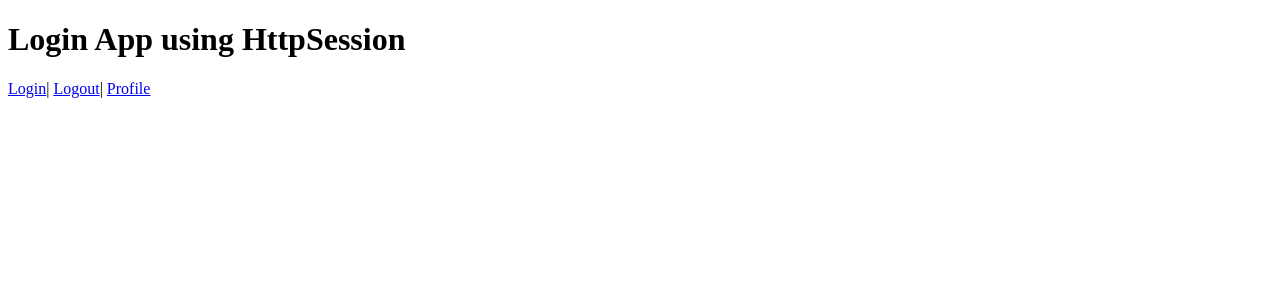
Repository: Ajaykumardewangan/Servlet-Demo
Page: ServletHttpSessionLoginDemo/WebContent/index.html
The author's editor kept a copy of each file at every save. The page is drawn from the files as they stood at one save, then again after a run of saves.
The browser window is 1280 px wide. The pictures show the whole page.

Above is the page before, as saved 2019-05-02 18:25:08.

After the next 2 saves:
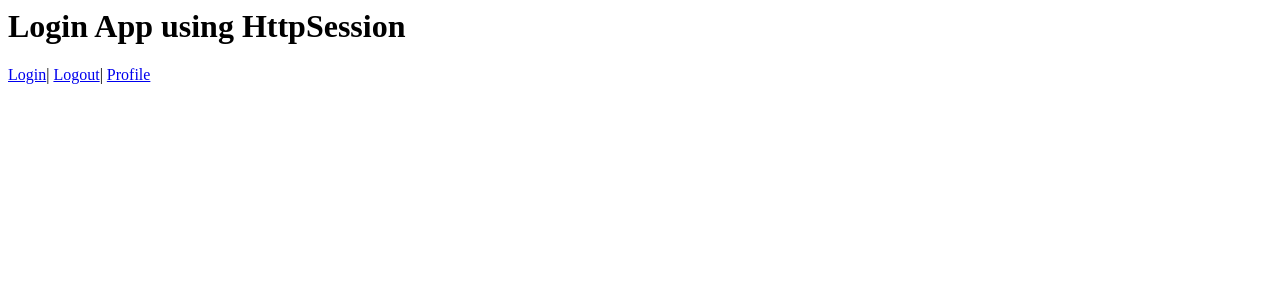
The 2 saves are shown as one change because they came seconds apart.
The last was saved 28 s later.
--- a/ServletHttpSessionLoginDemo/WebContent/index.html
+++ b/ServletHttpSessionLoginDemo/WebContent/index.html
@@ -1,5 +1,3 @@
-
-<!DOCTYPE html>
 <html>
 <head>
 <meta charset="ISO-8859-1">
